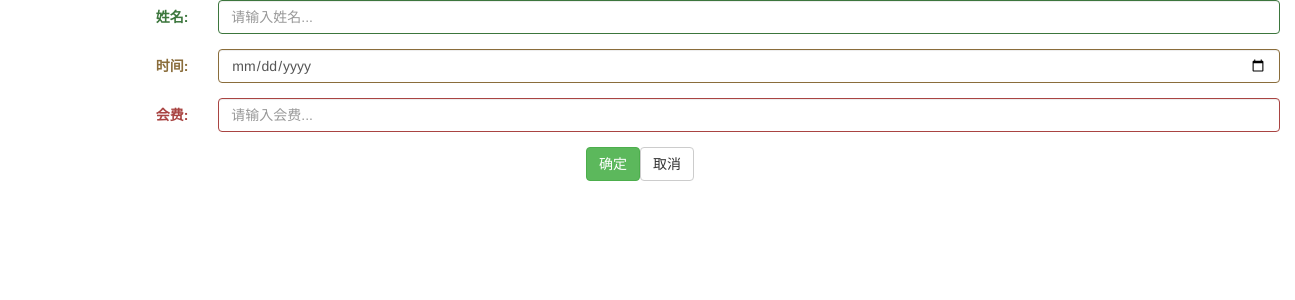
Repository: HelloChuang/HelloChuang-EclipseWorkSpace
Page: http://localhost/RetestServlet2/user_add.jsp
These files come from the project's save history. The page is drawn as it stood at one moment and after the next save; the edit follows.
The browser window is 1280 px wide. The page is 1295 px wide, so the pictures cover 1295 px, including what lies to the right of the window. The pictures show the whole page.
The page is served by Tomcat 9. Other server files are loaded and not shown.

Above is the page before, as saved 2018-10-31 06:54:34.

### EclipseWorkSpace/RetestServlet2/WebContent/user_add.jsp
<%@ page language="java" contentType="text/html; charset=UTF-8"
    pageEncoding="UTF-8"%>
<!DOCTYPE>
<html>
<head>
<meta http-equiv="Content-Type" content="text/html; charset=UTF-8">
<link rel="stylesheet" type="text/css" href="${pageContext.request.contextPath}/css/bootstrap.min.css">
<script type="text/javascript"  href="${pageContext.request.contextPath}/js/jquery-1.9.1.js"></script>
<script type="text/javascript"  href="${pageContext.request.contextPath}/js/bootstrap.min.js"></script>
<title>首页</title>
</head>
<body>

<form class="form-horizontal" role="form" action="AddUserAction">
<div class="form-group has-success">
    <label class="col-sm-2 control-label" for="inputSuccess">姓名:</label>
    <div class="col-sm-10">
      <input type="text" class="form-control" name="uname"required="required" placeholder="请输入姓名...">
    </div>
  </div>
  <div class="form-group has-warning">
    <label class="col-sm-2 control-label" for="inputWarning">时间:</label>
    <div class="col-sm-10">
      <input type="date" class="form-control"name="udate" id="inputWarning" required="required"placeholder="请输入入会时间...">
    </div>
  </div>
  <div class="form-group has-error">
    <label class="col-sm-2 control-label" for="inputError">会费:</label>
    <div class="col-sm-10">
      <input type="number"name="umoney" class="form-control" id="inputError" required="required"placeholder="请输入会费...">
    </div>
  </div>

  <div align="center"><button type="submit" class="btn btn-success">确定</button><button type="reset"class="btn btn-default">取消</button></div>
</body>
</html>

Loaded but not shown: EclipseWorkSpace/RetestServlet2/WebContent/css/bootstrap.min.css (library)

After the next save:
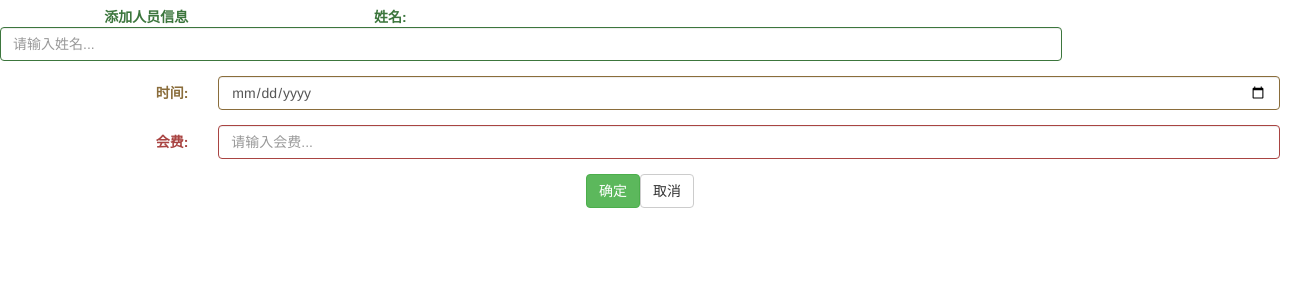
Saved 55 s later.
--- a/EclipseWorkSpace/RetestServlet2/WebContent/user_add.jsp
+++ b/EclipseWorkSpace/RetestServlet2/WebContent/user_add.jsp
@@ -13,6 +13,7 @@
 
 <form class="form-horizontal" role="form" action="AddUserAction">
 <div class="form-group has-success">
+<label class="col-sm-2 control-label" for="inputSuccess">添加人员信息</label>
     <label class="col-sm-2 control-label" for="inputSuccess">姓名:</label>
     <div class="col-sm-10">
       <input type="text" class="form-control" name="uname"required="required" placeholder="请输入姓名...">

After the save that followed:
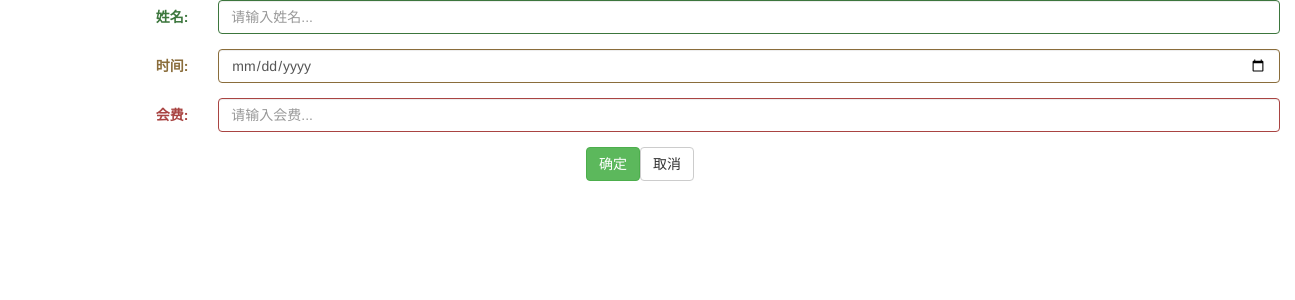
Saved 19 s later.
--- a/EclipseWorkSpace/RetestServlet2/WebContent/user_add.jsp
+++ b/EclipseWorkSpace/RetestServlet2/WebContent/user_add.jsp
@@ -13,7 +13,7 @@
 
 <form class="form-horizontal" role="form" action="AddUserAction">
 <div class="form-group has-success">
-<label class="col-sm-2 control-label" for="inputSuccess">添加人员信息</label>
+
     <label class="col-sm-2 control-label" for="inputSuccess">姓名:</label>
     <div class="col-sm-10">
       <input type="text" class="form-control" name="uname"required="required" placeholder="请输入姓名...">
